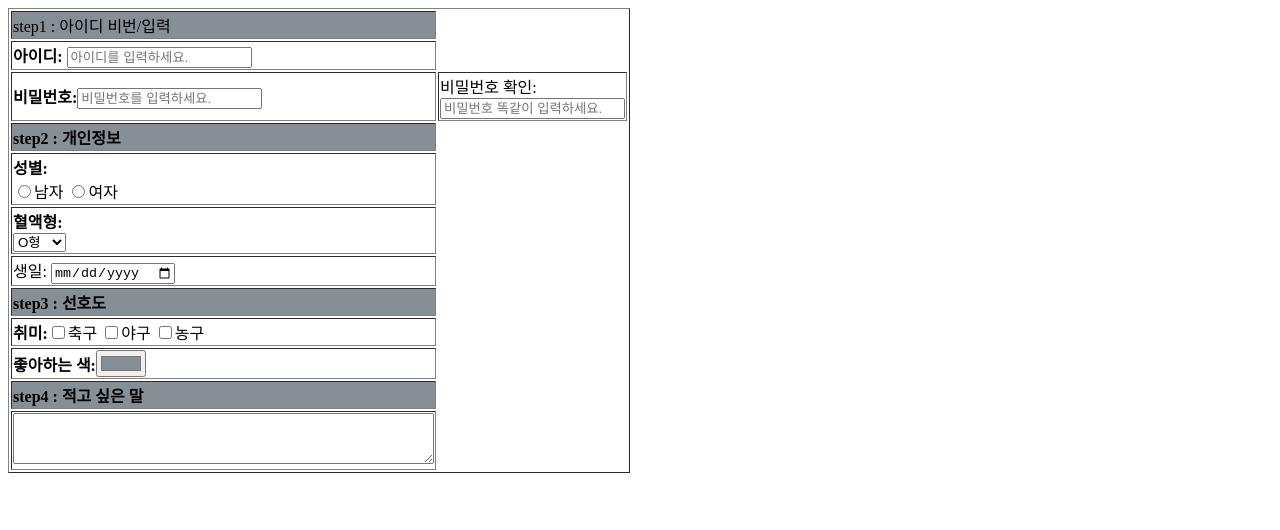
Repository: pillz9408/Jsp-Servlet
Page: jspstudy/day02/src/main/webapp/Lab2Join.html
These files come from the project's save history. The page is drawn as it stood at one moment and after the next save; the edit follows.
The browser window is 1280 px wide. The pictures show the whole page.

Above is the page before, as saved 2022-10-05 05:50:59.

After the next save:
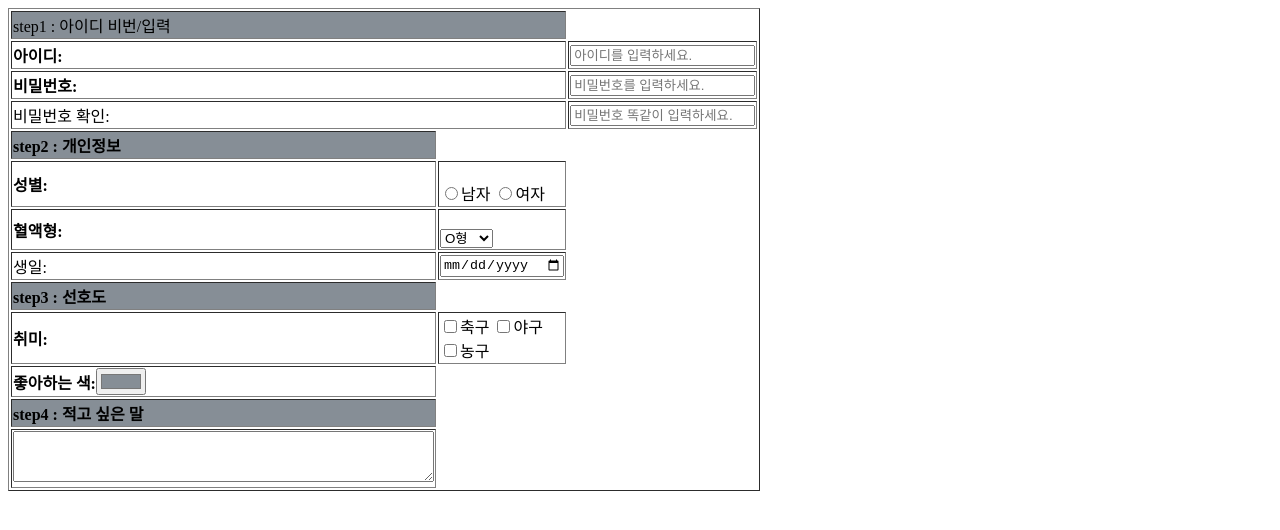
Saved 15 min 2 s later.
--- a/jspstudy/day02/src/main/webapp/Lab2Join.html
+++ b/jspstudy/day02/src/main/webapp/Lab2Join.html
@@ -8,24 +8,26 @@
 <form action="lab2join">
 <table border width="400">
 	<tr>
-	<td bgcolor="#868e96">step1 : 아이디 비번/입력</td>
+	<td colspan="2" bgcolor="#868e96">step1 : 아이디 비번/입력</td>
 	</tr>
 	<tr>
-	<td><b>아이디:</b> <input type="text" name="id" placeholder="아이디를 입력하세요."></td>
+	<td colspan="2"><b>아이디:</b></td><td><input type="text" name="id" placeholder="아이디를 입력하세요."></td>
 	</tr>
 	<tr>
-	<td colspan="2"><b>비밀번호:</b><input type="password" name="pass" placeholder="비밀번호를 입력하세요."> </td>
-	<td>비밀번호 확인:<input type="password" name="passcheck" placeholder="비밀번호 똑같이 입력하세요."> </td>
+	<td colspan="2"><b>비밀번호:</b></td><td><input type="password" name="pass" placeholder="비밀번호를 입력하세요."></td>
+	</tr>
+	<tr>
+	<td colspan="2">비밀번호 확인:</td><td><input type="password" name="passcheck" placeholder="비밀번호 똑같이 입력하세요."> </td>
 	</tr>
 	<tr>
 	<td bgcolor="#868e96"><b>step2 : 개인정보</b></td>
 	</tr>
 	<tr>
-	<td><b>성별: </b><br><input type="radio"name="gender" value="남자">남자
+	<td><b>성별: </b></td><td><br><input type="radio"name="gender" value="남자">남자
 	<input type="radio"name="gender" value="여자">여자</td>
 	</tr>
 	<tr>
-	<td><b>혈액형: </b><br><select name='btype'>
+	<td><b>혈액형:</b></td><td><br><select name='btype'>
 		<option value="o">O형
 		<option value="A">A형
 		<option value="B">B형
@@ -34,13 +36,13 @@
 		</td>
 	</tr>
 	<tr>
-	<td>생일: <input type="date" name="date" placeholder="년년년년-월월-일일"></td>
+	<td>생일: </td><td><input type="date" name="date" placeholder="년년년년-월월-일일"></td>
 	</tr>
 	<tr>
 	<td bgcolor="#868e96"><b>step3 : 선호도</b></td>
 	</tr>
 	<tr>
-	<td><b>취미:</b><input type="checkbox" name="hobby" value="축구">축구
+	<td><b>취미:</b></td><td><input type="checkbox" name="hobby" value="축구">축구
 	<input type="checkbox" name="hobby" value="야구">야구
 	<input type="checkbox" name="hobby" value="농구">농구
 	</td>
